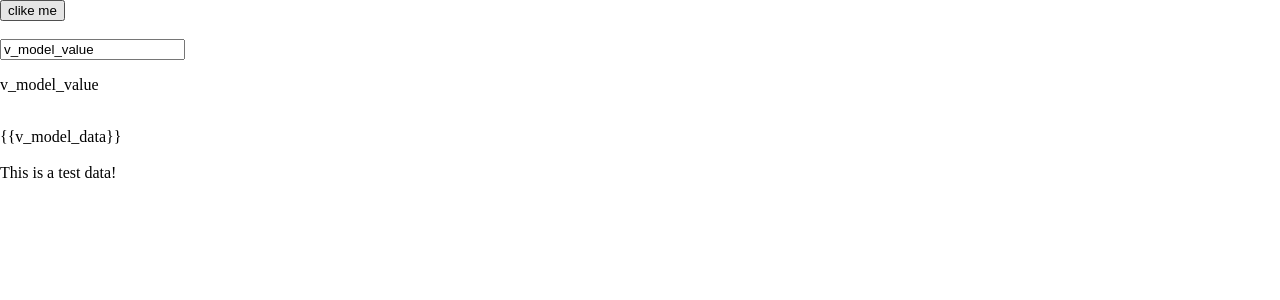
Repository: whoamixl/VueTest
Page: /
An editor plug-in stored every save of this project. The page is shown before and after the next save, followed by the edit.
The browser window is 1280 px wide. The pictures show the whole page.
The project was rebuilt for these pictures with package versions that can differ from the ones it lists, and the page was loaded fresh each time. Also part of the build but not shown: src/components/HelloWorld.vue.

Above is the page before, as saved 2021-11-01 20:54:49.

### src/main.js
// The Vue build version to load with the `import` command
// (runtime-only or standalone) has been set in webpack.base.conf with an alias.
import Vue from 'vue'
import App from './App'
import router from './router'
import './assets/css/global.css'
Vue.config.productionTip = false

/* eslint-disable no-new */
new Vue({
    el: '#app',
    router,
    components: { App },
    template: '<App/>'
})

### src/router/index.js
import Vue from 'vue'
import Router from 'vue-router'
import HelloWorld from '@/components/HelloWorld'
import Instruction from '@/components/Instruction'
Vue.use(Router)

export default new Router({
    routes: [{
        path: '/',
        name: 'Instruction',
        component: Instruction
    }]
})

### src/assets/css/global.css
#app,
body,
html {
    margin: 0;
    padding: 0;
    height: 100%;
}

### src/components/Instruction.vue
<template>
    <div id='app'>
        <!-- v-on:click or @click 绑定事件监听器-->
        <button @click="changeValueMed">{{changeValue}}</button>
        <br>
        <!-- v-bind or :  属性绑定-->
        <div :class="{active:isActive}"></div>
        <br>
        <!-- v-model 在表单上创建双向数据绑定 -->
        <input v-model="v_model_data"><p>{{v_model_data}}</p>
        <br>
        <!-- v-pre 原样输出 -->
        <div v-pre>{{v_model_data}}</div>
        <br>
        <!-- v-cloak 解决闪烁问题 -->
        <div v-cloak>{{msg}}</div>
    </div>
</template>
<script>
export default {
    name:'Instruction',
    data(){
        return{
            msg:'This is a test data!',
            changeValue:"clike me",
            isActive:true,
            v_model_data:'v_model_value'
        }
    },
    methods:{
        changeValueMed(){
            this.changeValue = 'v-on:click or @click'
            this.isActive = false
        }
    }
}
</script>
<style scoped>

</style>

Loaded but not shown: index.html (common file); src/App.vue (common file)

After the next save:
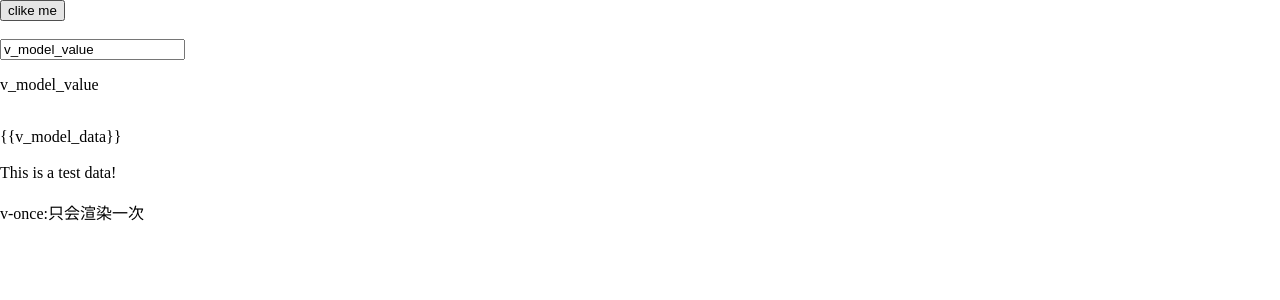
Saved 2 min 5 s later.
--- a/src/components/Instruction.vue
+++ b/src/components/Instruction.vue
@@ -14,6 +14,9 @@
         <br>
         <!-- v-cloak 解决闪烁问题 -->
         <div v-cloak>{{msg}}</div>
+        <br>
+        <!-- v-once 只会渲染一次，优化更新性能 -->
+        <div v-once>{{v_once}}</div>
     </div>
 </template>
 <script>
@@ -21,6 +24,7 @@ export default {
     name:'Instruction',
     data(){
         return{
+            v_once:'v-once:只会渲染一次',
             msg:'This is a test data!',
             changeValue:"clike me",
             isActive:true,
